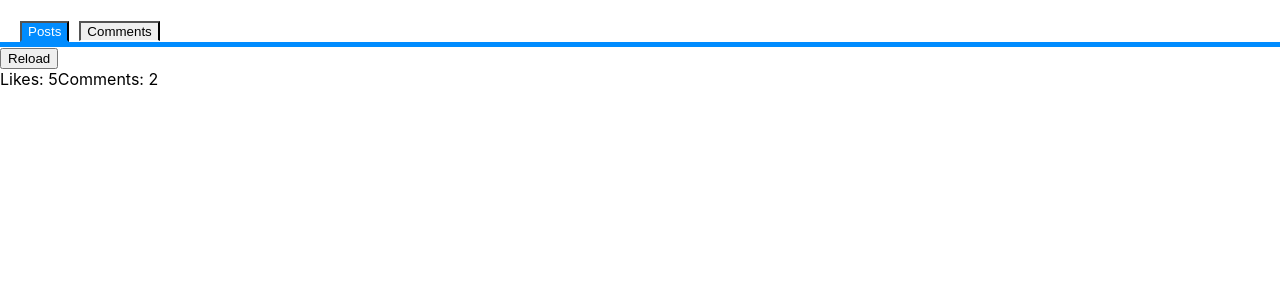
Repository: milosKomiRajkovic94/cleverbit-project
Page: /
These files come from the project's save history. The page is drawn as it stood at one moment and after the next save; the edit follows.
The browser window is 1280 px wide. The pictures show the whole page.
The project was rebuilt for these pictures with package versions that can differ from the ones it lists, and the page was loaded fresh each time. Also part of the build but not shown: src/utils/Loader.js.

Above is the page before, as saved 2020-10-13 20:23:47.

### src/index.js
import React from 'react';

import ReactDOM from 'react-dom';

import App from './App';

import * as serviceWorker from './serviceWorker';

import configureStore from "./store";

import { Provider } from "react-redux";

import { HashRouter as Router } from "react-router-dom";

import "./scss/index.scss";

const store = configureStore();

ReactDOM.render(
  <React.StrictMode>
    <Provider store={store} >
      <Router>
        <App />
      </Router>
    </Provider>
  </React.StrictMode>,
  document.getElementById('root')
);

// If you want your app to work offline and load faster, you can change
// unregister() to register() below. Note this comes with some pitfalls.
// Learn more about service workers: https://bit.ly/CRA-PWA
serviceWorker.unregister();

### src/App.js
import React, {useEffect, useState, lazy, Suspense} from 'react';

import { connect } from "react-redux";

import { bindActionCreators } from "redux";

import { loadCurrentPosts } from "./actions/postActions";

import {
  useHistory,
  Route,
  Switch,
  withRouter,
} from "react-router-dom";

import Header from "./components/HeaderComponents/Header";

import PostsContainer from "./components/PostsComponents/PostsContainer";

import { POSTS, COMMENTS, HOME } from "./constants/urls";

import Loader from "./utils/Loader";

const App = ({ currentPosts, currentPostsAreLoading, currentPostsFailedLoading, loadCurrentPostsAction }) => {

  const [initialLoadingDone, setInitialLoadingDone] = useState(false);
  const history = useHistory();

  useEffect(() => {
    if(!initialLoadingDone){
      loadCurrentPostsAction(true);
      setInitialLoadingDone(true);
    }
  }, [initialLoadingDone, loadCurrentPostsAction])

  function changeLocation(locationToGo) {
    history.push(locationToGo);
  }

  function waitingComponent(Component) {
    return (props) => (
      <Suspense
        fallback={<Loader classNameOfWrapper="centered" text={"Loading"} />}
      >
        <Component {...props} />
      </Suspense>
    );
  }

  return (
    <div className="App">
       <Header
        changeLocation={changeLocation}
       />
       <Switch>
        <Route exact path={HOME} component={PostsContainer} />
        <Route
          exact
          path={POSTS}
          component={waitingComponent(
            lazy(() =>
              import("./components/PostsComponents/PostsContainer")
            )
          )}
        />
        <Route
          exact
          path={COMMENTS}
          component={waitingComponent(
            lazy(() =>
              import("./components/CommentsComponents/CommentsContainer")
            )
          )}
        />
      </Switch>
    </div>
  );
}

const mapStateToProps = (state) => {
  return {
    currentPosts: state.postReducer.currentPosts,
    currentPostsAreLoading: state.postReducer.currentPostsAreLoading,
    currentPostsFailedLoading: state.postReducer.currentPostsFailedLoading,
  }
}

const mapDispatchToProps = (dispatch) => {
  return{
    loadCurrentPostsAction: bindActionCreators(loadCurrentPosts, dispatch)
  }
}

export default withRouter(connect(mapStateToProps, mapDispatchToProps) (App));

### src/store.js
import { createStore, applyMiddleware } from "redux";

import thunk from "redux-thunk";

import rootReducer from "./reducers";

export default function configureStore(){
    return createStore(
        rootReducer,
        applyMiddleware(thunk)
    )
}

### src/scss/index.scss
@import 'app';

@import 'header';

### src/actions/postActions.js
import { CURRENT_POSTS_LOADED_SUCCESSFULLY, CURRENT_POSTS_ARE_LOADING, CURRENT_POSTS_FAILED_LOADING, CURRENT_POSTS_LOADED_SUCCESSFULLY_AFTER_INITIAL_LOAD } from "./actionTypes";

import  fakeData from "../constants/fakeData";

export function currentPostsAreLoadingAction(currentPostsAreLoading){
    return{
        type: CURRENT_POSTS_ARE_LOADING,
        currentPostsAreLoading
    }
}

export function currentPostsFailedLoadingAction(currentPostsFailedLoading){
    return{
        type: CURRENT_POSTS_FAILED_LOADING,
        currentPostsFailedLoading
    }
}

export function currentPostsLoadedSuccessfullyAction(currentPosts){
    return{
        type: CURRENT_POSTS_LOADED_SUCCESSFULLY,
        currentPosts
    }
}

/* This is just an action for remaining the current state in order not to have restarted data, but instead updated current data after click on RELOAD BUTTON.
    Delete this action after implementation of API endpoint and use just currentPostsLoadedSuccessfullyAction in order to send current data from the endpoint.
*/
export function currentPostsLoadedSuccessfullyAfterInitialLoad(){
    return{
        type: CURRENT_POSTS_LOADED_SUCCESSFULLY_AFTER_INITIAL_LOAD,
    }
}


export function loadCurrentPosts(initialLoad){
    return(dispatch) => {
        dispatch(currentPostsAreLoadingAction(true));
        /* I will pass direct fake JSON data here and you can implement your actual API end point request here.
        setTimeout will be used as imitation that it takes some time for the request to reach endpoint. */
        setTimeout(function(){
            if(initialLoad){
                dispatch(currentPostsLoadedSuccessfullyAction(fakeData));
            }else {
                dispatch(currentPostsLoadedSuccessfullyAfterInitialLoad());
            }
        }, 1500)

    }
}

### src/components/HeaderComponents/Header.js
import React from "react";

import {
    POSTS,
    COMMENTS,
    HOME
} from "../../constants/urls";

import {
    withRouter,
    useLocation,
  } from "react-router-dom";

const Header = ({ changeLocation }) => {
    const location = useLocation();

    return(
        <div className="header">
            <button className={location.pathname === POSTS || location.pathname === HOME ? "selectedHeaderButton" : "ordinaryButton"} onClick={() => changeLocation(POSTS)}>
                Posts
            </button>
            <button className={location.pathname === COMMENTS ? "rightButton selectedHeaderButton" : "rightButton ordinaryButton"} onClick={() => changeLocation(COMMENTS)}>
                Comments
            </button>
        </div>
    )
}

export default withRouter(Header);

### src/components/PostsComponents/PostsContainer.js
import React from "react";

import { connect } from "react-redux";

const PostsContainer = ({
    currentNumberOfLikes,
    currentNumberOfComments
}) => {
    return(
        <div>
            <div className="postsHeader">
                <button className="reloadButton">
                    Reload
                </button>
                <div className="likesAndCommentsNumber">
                    <span className="likesNumber">
                        Likes: {currentNumberOfLikes}
                    </span>
                    <span className="commentsNumber">
                        Comments: {currentNumberOfComments}
                    </span>
                </div>
            </div>
        </div>
    )
}

const mapStateToProps = (state) => {
    return{
        currentNumberOfLikes: state.postReducer.currentNumberOfLikes,
        currentNumberOfComments: state.postReducer.currentNumberOfComments,
    }
}

export default connect(mapStateToProps) (PostsContainer);

### src/constants/urls.js
export const POSTS = "/posts";
export const COMMENTS = "/comments";
export const HOME = "/";

### src/reducers/index.js
import { combineReducers } from "redux";

import { postReducer } from "./postsReducer";

export default combineReducers({
    postReducer
});

### src/scss/app.scss
body {
  margin: 0;
  font-family: -apple-system, BlinkMacSystemFont, 'Segoe UI', 'Roboto', 'Oxygen',
    'Ubuntu', 'Cantarell', 'Fira Sans', 'Droid Sans', 'Helvetica Neue',
    sans-serif;
  -webkit-font-smoothing: antialiased;
  -moz-osx-font-smoothing: grayscale;
}

code {
  font-family: source-code-pro, Menlo, Monaco, Consolas, 'Courier New',
    monospace;
}

.centered {
  position: fixed;
  top: 50%;
  left: 50%;
}

### src/scss/header.scss
.header {
  padding: 20px;
  border-bottom: 5px solid #008cff;
  padding-bottom: 0px;
}

.selectedHeaderButton,
.selectedHeaderButton:focus,
.selectedHeaderButton:active {
  background: #008cff;
  color: #fff;
  border-bottom: 2px solid #008cff;
  outline: none;
}

.ordinaryButton {
  border-bottom: 1px solid #fff;
}

.rightButton {
  margin-left: 10px;
}

### src/actions/actionTypes.js
export const CURRENT_POSTS_LOADED_SUCCESSFULLY = "CURRENT_POSTS_LOADED_SUCCESSFULLY";
export const CURRENT_POSTS_LOADED_SUCCESSFULLY_AFTER_INITIAL_LOAD = "CURRENT_POSTS_LOADED_SUCCESSFULLY_AFTER_INITIAL_LOAD";
export const CURRENT_POSTS_ARE_LOADING = "CURRENT_POSTS_ARE_LOADING";
export const CURRENT_POSTS_FAILED_LOADING = "CURRENT_POSTS_FAILED_LOADING";

### src/constants/fakeData.js
export default [
    {
        id: 1,
        title: "Great news!",
        description: "Lorem Ipsum is simply dummy text of the printing and typesetting industry. Lorem Ipsum has been the industry's standard dummy text ever since the 1500s, when an unknown printer took a galley of type and scrambled it to make a type specimen book.",
        comments: [
            {
                id: 1,
                text: "It is a long established fact that a reader will be distracted by the readable content of a page when looking at its layout.",
                date: "2016/01/10"
            },
            {
                id: 2,
                text: "It is a long established fact that a reader will be distracted by the readable content of a page when looking at its layout.",
                date: "2016/01/10"
            }
        ],
        numberOfLikes: 3
    },
    {
        id: 2,
        title: "Another post",
        description: "Contrary to popular belief, Lorem Ipsum is not simply random text. It has roots in a piece of classical Latin literature from 45 BC, making it over 2000 years old.",
        comments: [
            {
                id: 3,
                text: "It is a long established fact that a reader will be distracted by the readable content of a page when looking at its layout.",
                date: "2016/01/10"
            },
            {
                id: 2,
                text: "It is a long established fact that a reader will be distracted by the readable content of a page when looking at its layout.",
                date: "2016/01/10"
            }
        ],
        numberOfLikes: 2
    }
]

### src/reducers/postsReducer.js
import { CURRENT_POSTS_LOADED_SUCCESSFULLY, CURRENT_POSTS_ARE_LOADING, CURRENT_POSTS_FAILED_LOADING, CURRENT_POSTS_LOADED_SUCCESSFULLY_AFTER_INITIAL_LOAD } from "../actions/actionTypes";

import initialState from "../initialState";


export function postReducer(
    state = initialState.postsReducerState,
    action
) {
    switch(action.type){
        case CURRENT_POSTS_LOADED_SUCCESSFULLY: {
            return{
                ...state,
                currentPosts: action.currentPosts,
                currentPostsAreLoading: false,
                currentPostsFailedLoading: false,
            };
        }

        //When using the real API endpoint just remove this case
        case CURRENT_POSTS_LOADED_SUCCESSFULLY_AFTER_INITIAL_LOAD: {
            return{
                ...state,
                currentPosts: state.currentPosts,
                currentPostsAreLoading: false,
                currentPostsFailedLoading: false,
            };
        }

        case CURRENT_POSTS_ARE_LOADING: {
            return{
                ...state,
                //When using the real API endpoint just replace this with empty array []
                currentPosts: state.currentPosts,
                currentPostsAreLoading: action.currentPostsAreLoading,
                currentPostsFailedLoading: false,
            };
        }

        case CURRENT_POSTS_FAILED_LOADING: {
            return {
                ...state,
                //When using the real API endpoint just replace this with empty array []
                currentPosts: state.currentPosts,
                currentPostsAreLoading: false,
                currentPostsFailedLoading: action.currentPostsFailedLoading,
            }
        }

        default: {
            return state;
        }
    }
}

### src/initialState.js
export default {
    postsReducerState: {
        currentPosts: [],
        currentNumberOfLikes: 5,
        currentNumberOfComments: 2,
        currentPostsAreLoading: false,
        currentPostsFailedLoading: false,
    }
}

### src/scss/posts.scss
.postsHeader {
  display: inline-flex;
  width: 100%;
  height: 70px;
  margin-top: 5px;
  border-top: 1px solid #111;
  border-bottom: 1px solid #111;
  background-color: #dae8fc;
}

.likesAndCommentsNumber span {
  padding: 150px;
}

.likesAndCommentsNumber {
  width: 100%;
  text-align: center;
  padding-top: 1%;
}

Loaded but not shown: public/index.html (common file); src/serviceWorker.js (common file)

After the next save:
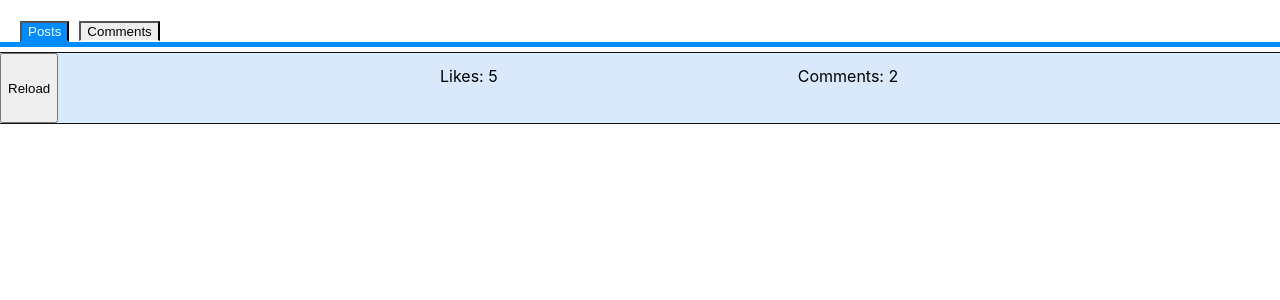
Saved 7 s later.
--- a/src/scss/index.scss
+++ b/src/scss/index.scss
@@ -1,3 +1,5 @@
 @import 'app';
 
 @import 'header';
+
+@import 'posts';
